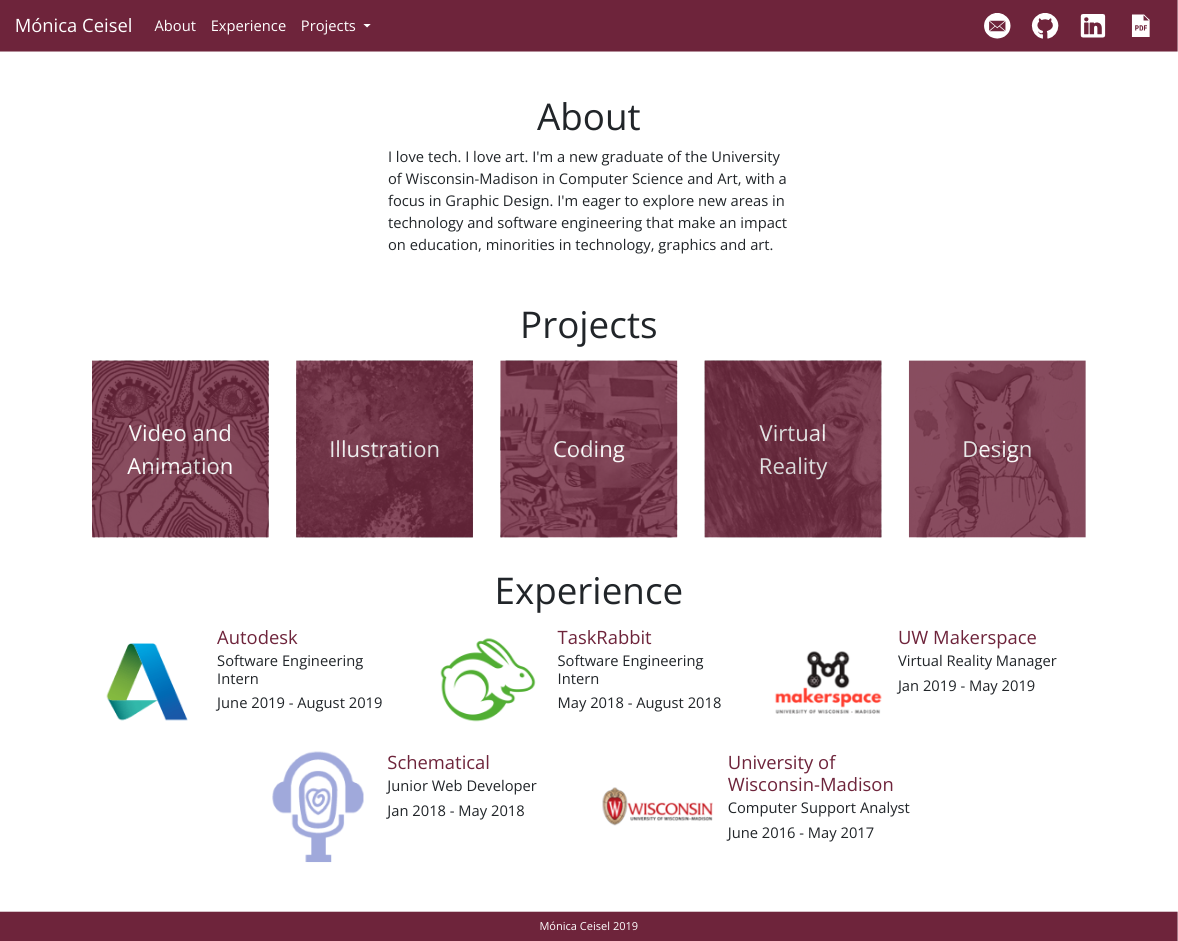
Repository: ceiselm/ceiselm.github.io
Page: index.html
These files come from the project's save history. The page is drawn as it stood at one moment and after the next save; the edit follows.
The browser window is 1280 px wide. The pictures show the whole page, at 92% of full size.

Above is the page before, as saved 2019-08-07 23:03:20.

After the next save:
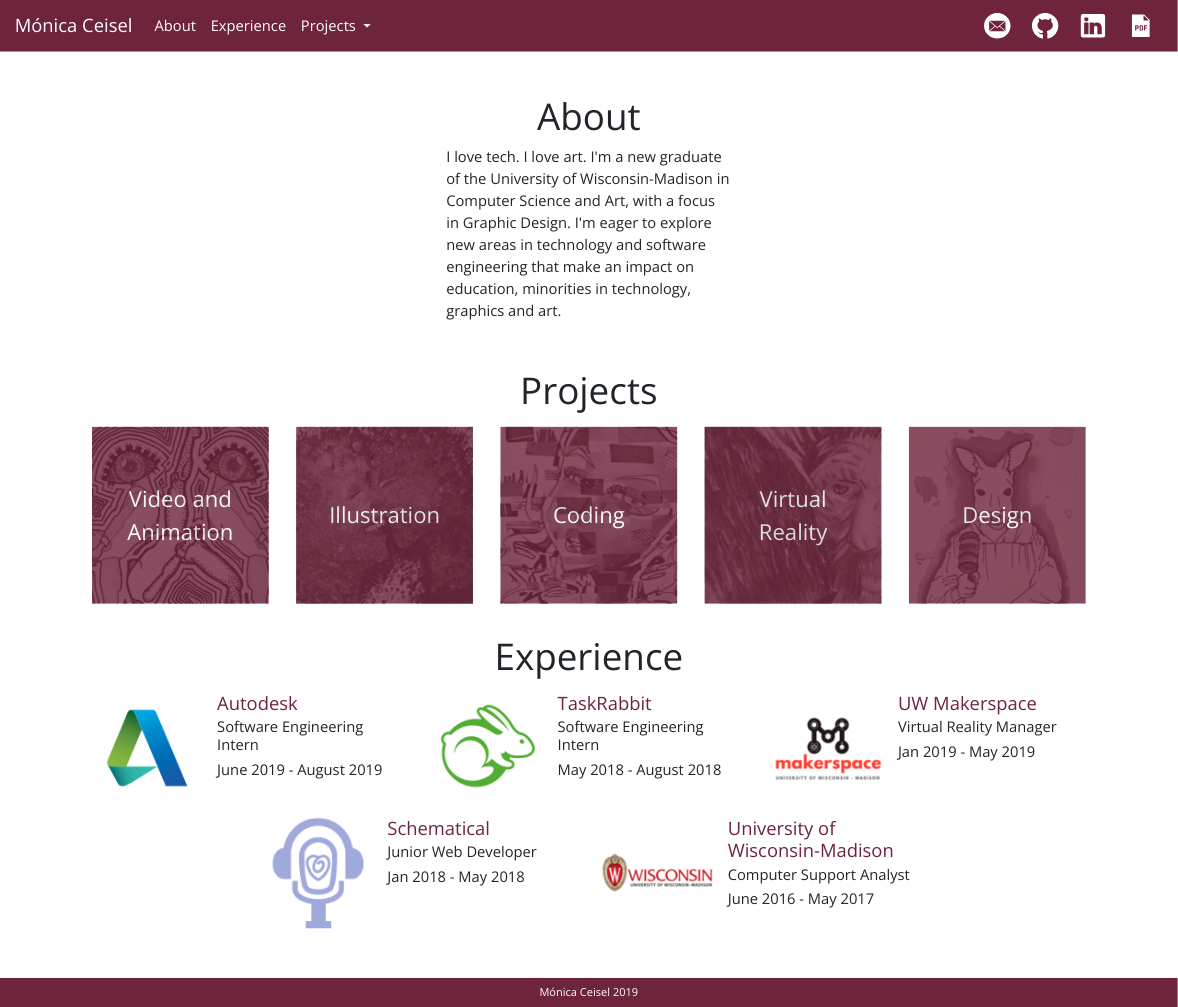
Saved 5 s later.
--- a/index.html
+++ b/index.html
@@ -74,7 +74,7 @@
     <div class="portion">
         <div class="container">
             <div class="row justify-content-center">
-                <div class="col-8">
+                <div class="col-6">
       <section>
         <div class="text-center mt-2">
           <div class="container">
